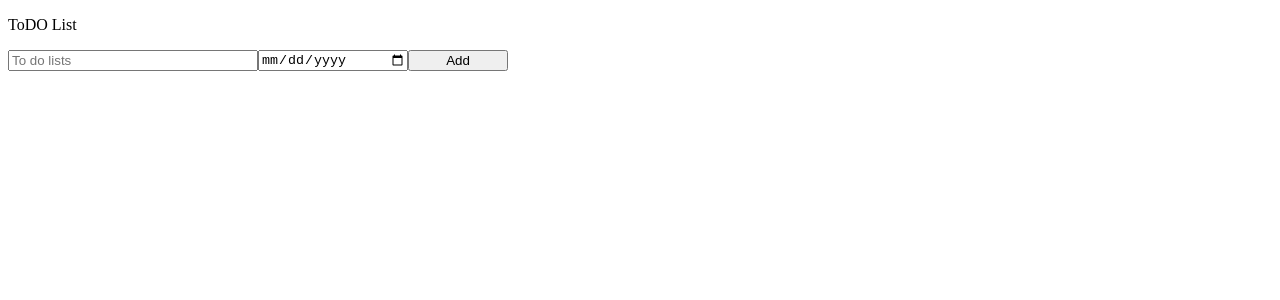
Repository: pgyunknown/ToDo-List
Page: index.html
These files come from the project's save history. The page is drawn as it stood at one moment and after a run of saves; the edit follows.
The browser window is 1280 px wide. The pictures show the whole page.

Above is the page before, as saved 2024-08-29 20:45:31.

After the next 2 saves:
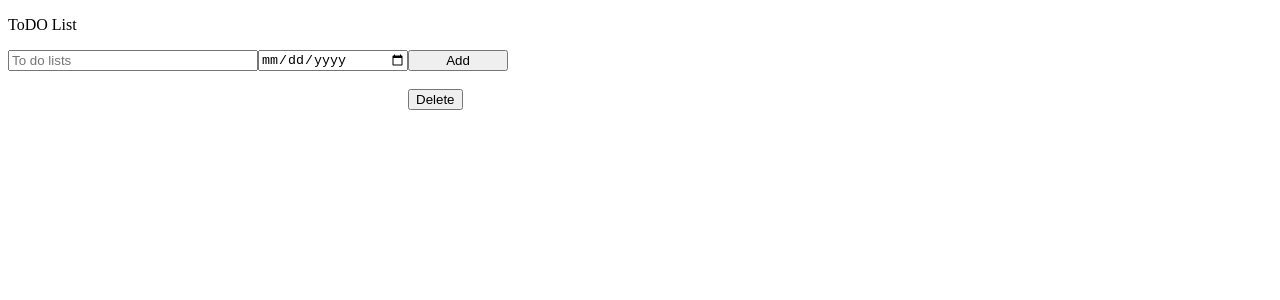
The 2 saves are shown as one change because they came seconds apart.
The last was saved 8 s later.
--- a/index.js
+++ b/index.js
@@ -13,7 +13,8 @@ function eventList(){
     const html=`
     <div >${name}</div>
     <div >${duedate}</div>
-
+    <div>    <button onclick="todoList.splice(${i},1);
+    eventList();">Delete</button></div>
     `;
     todoListHTML+=html;
 }
